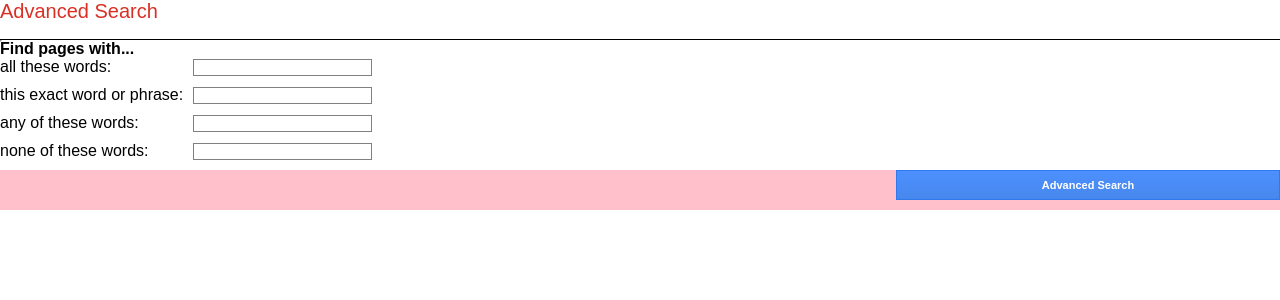
Repository: etentuk/search
Page: advanced_search.html
The author's editor kept a copy of each file at every save. The page is drawn from the files as they stood at one save, then again after the next save.
The browser window is 1280 px wide. The pictures show the whole page.

Above is the page before, as saved 2021-11-05 00:14:14.

After the next save:
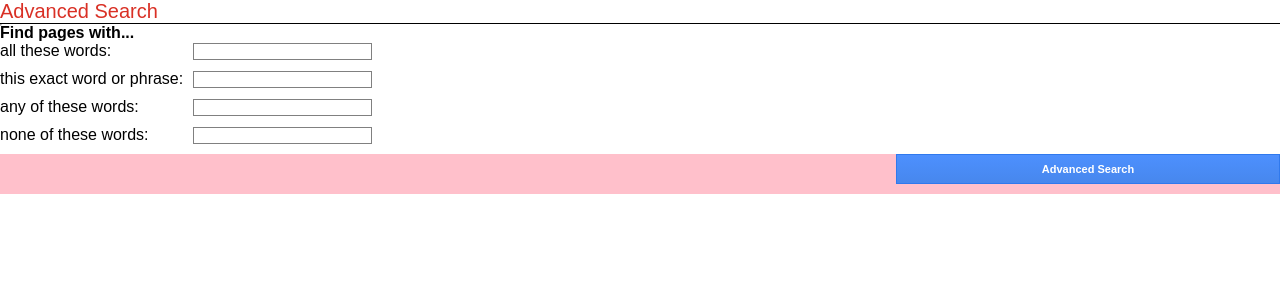
Saved 12 s later.
--- a/styles.css
+++ b/styles.css
@@ -25,16 +25,9 @@ label {
 
 #title {
   border-bottom: 1px solid black;
-  padding-bottom: 1rem;
-  color: #f28b82;
+  color: #d93025;
   font-size: 20px;
-  color: #d93025;
-    font-size: 20px;
-    margin: 25
-px
- 35
-px
-;
+  margin: 25 px 35 px;
   /* border-width: 10px; */
 }
 
